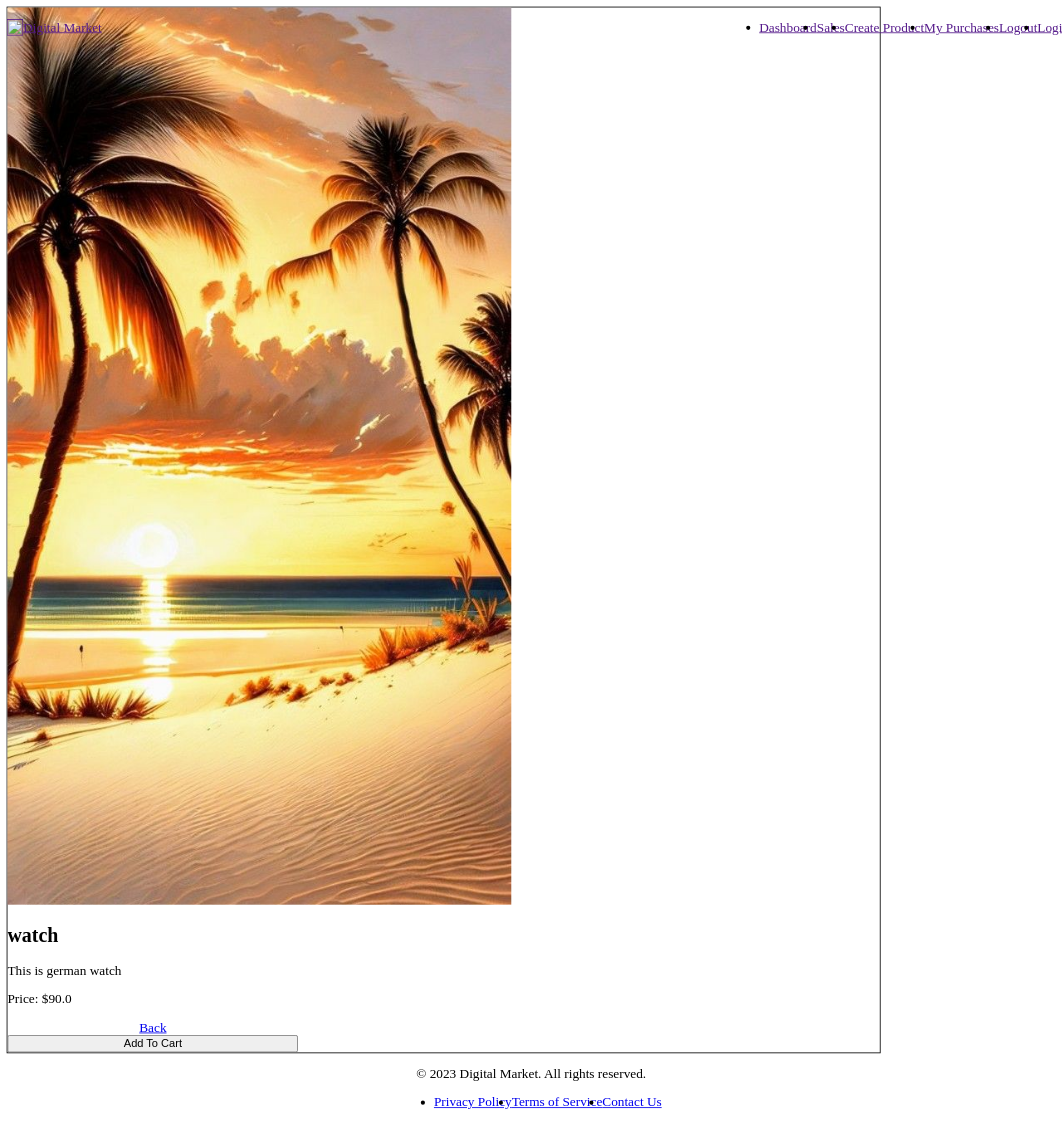
Repository: Zedestar/DigitalMarket_django
Page: http://localhost/product_details/5/
These files come from the project's save history. The page is drawn as it stood at one moment and after the next save; the edit follows.
The browser window is 1280 px wide. The pictures show the whole page, at 83% of full size.
The page is served by the project's application, run on Django 5.2 (manage.py). Style sheets and scripts are compiled from the project's sources, by tool versions that may differ from the author's. The page reads the database file committed with the project.

Above is the page before, as saved 2025-03-19 21:28:35.

After the next save:
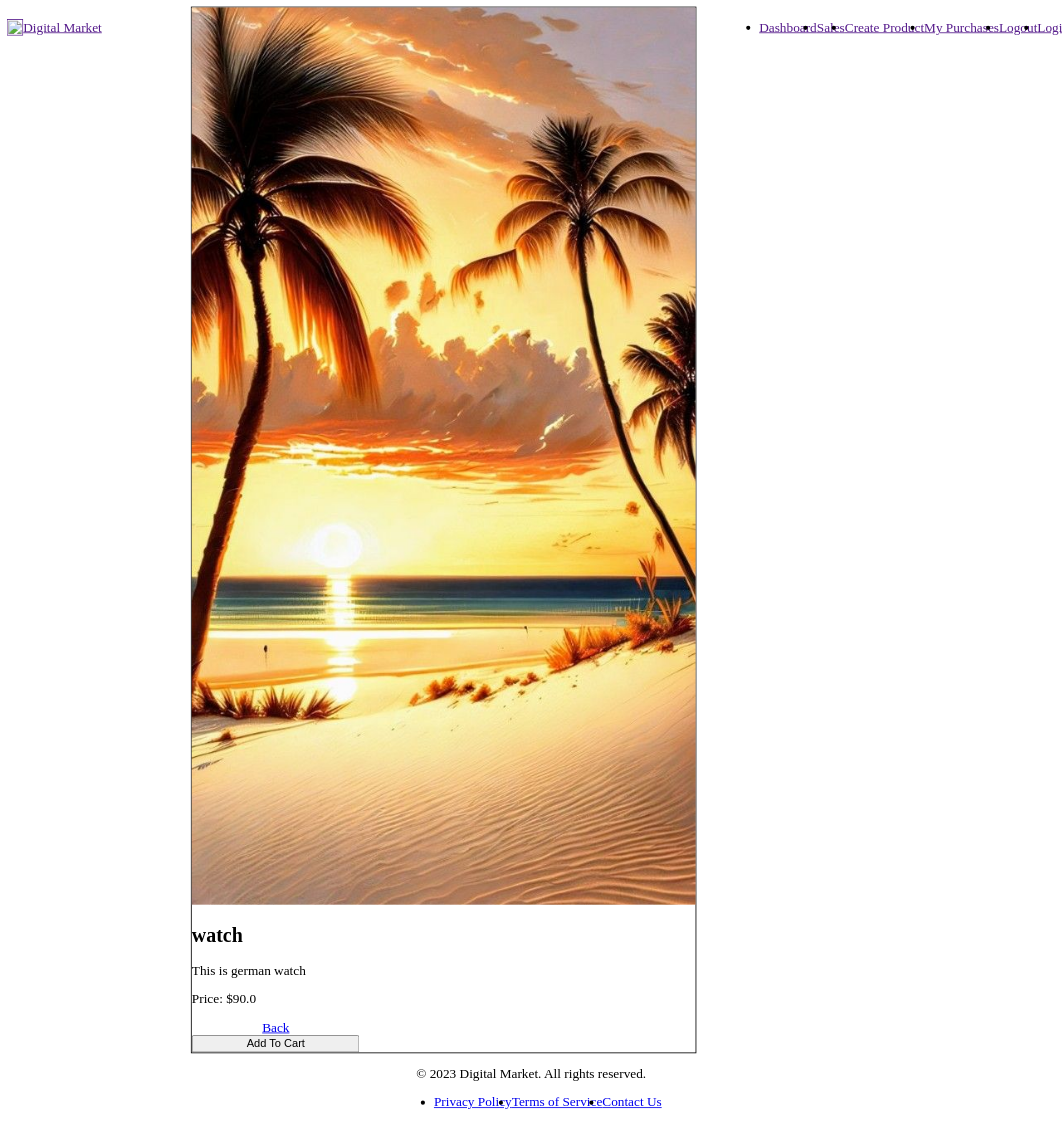
Saved 42 s later.
--- a/myapp/templates/myapp/product_details.html
+++ b/myapp/templates/myapp/product_details.html
@@ -1,7 +1,7 @@
 {% extends 'base.html' %}
 {% block body %}
     <div class="shadow-lg flex items-center justify-center h-76 w-10/12">
-        <div class="shadow-lg hover:shadow-2xl w-full border border-gray-200 rounded-sm m-2">
+        <div class="shadow-lg hover:shadow-2xl w-56 border border-gray-200 rounded-sm m-2">
             <!-- Image Section (Fixed Height) -->
             <div class="w-56 h-56 bg-gray-100">
                 <img src="{{ product.photo.url }}"
